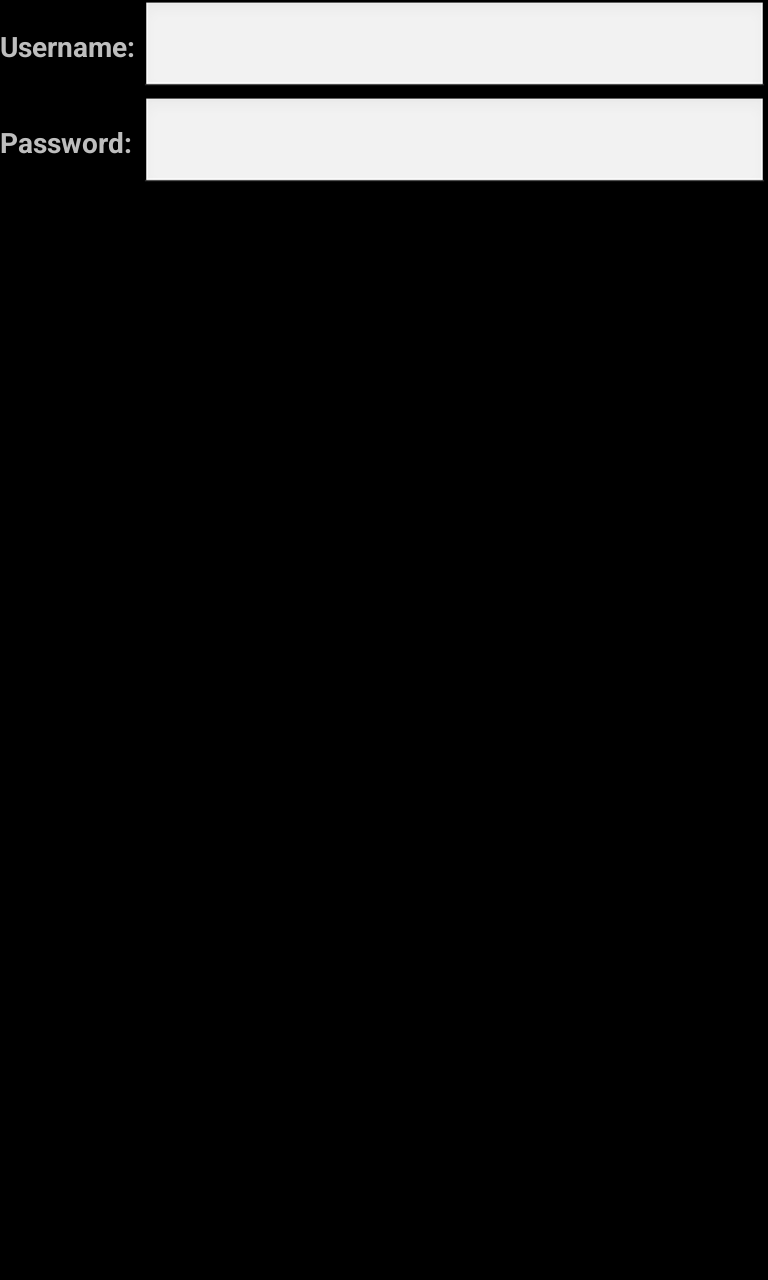
Repository: World-Three-Technologies/Masxaro-Prototype
Layout: Android/W3T/res/layout/main_login.xml
These files come from the project's save history. The layout is drawn as it stood at one moment and after the next save; the edit follows.
It is drawn on a 768 x 1280 px phone screen (xhdpi) without system bars, with theme android:Theme; the app's code is not run.

Above is the layout before, as saved 2011-06-03 08:12:03.

After the next save:
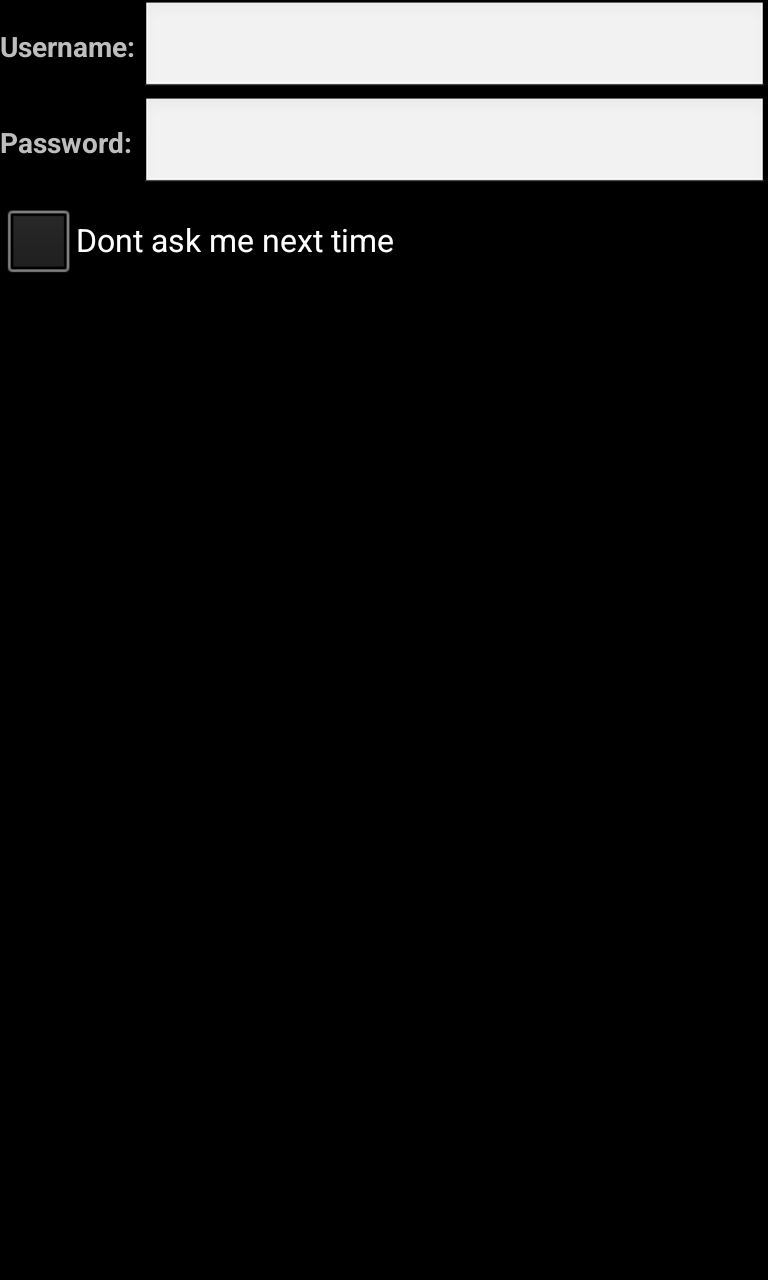
Saved 36 s later.
--- a/Android/W3T/res/layout/main_login.xml
+++ b/Android/W3T/res/layout/main_login.xml
@@ -39,6 +39,7 @@
 
     <CheckBox android:id="@+id/keep_login_box"
 		android:text="@string/keep_login_label"
+		android:layout_height="wrap_content" android:layout_width="fill_parent"
 		android:layout_gravity="left"
 	/>
 
